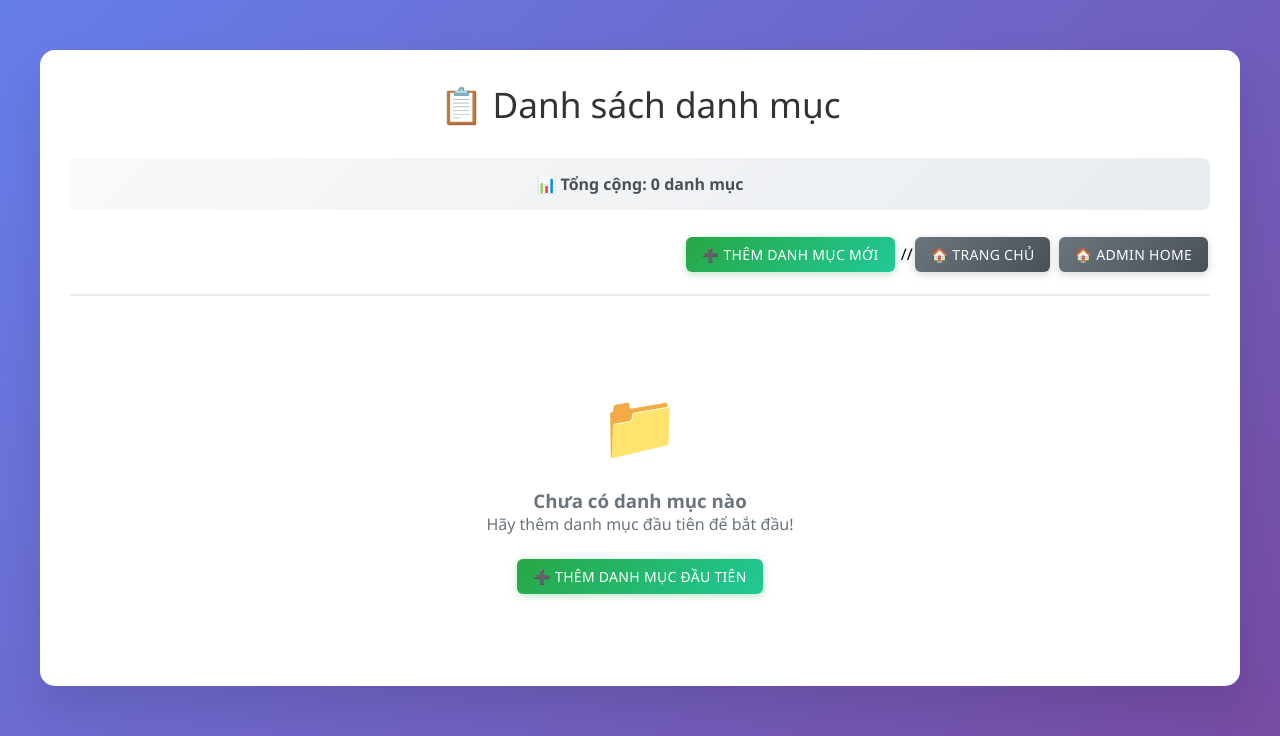
Repository: Ticasslo/23110327_HuynhNgocThang_LTWeb_BT
Page: http://localhost/23110327/views/admin/list-category.jsp
The author's editor kept a copy of each file at every save. The page is drawn from the files as they stood at one save, then again after the next save.
The browser window is 1280 px wide. The pictures show the whole page.
The page is served by Tomcat 10. Other server files are loaded and not shown. The template is opened directly, without the code that normally fills it, so the values that code supplies are empty.

Above is the page before, as saved 2025-08-30 06:34:51.

### 23110327/src/main/webapp/views/admin/list-category.jsp
<%@ page language="java" contentType="text/html; charset=UTF-8"
	pageEncoding="UTF-8"%>
<%@ taglib prefix="c" uri="jakarta.tags.core"%>
<!DOCTYPE html>
<html>
<head>
<meta charset="UTF-8">
<title>Danh sách danh mục</title>
<style>
* {
	margin: 0;
	padding: 0;
	box-sizing: border-box;
}

body {
	font-family: 'Segoe UI', Tahoma, Geneva, Verdana, sans-serif;
	background: linear-gradient(135deg, #667eea 0%, #764ba2 100%);
	min-height: 100vh;
	padding: 20px;
}

.container {
	max-width: 1200px;
	margin: 30px auto;
	background: white;
	padding: 30px;
	border-radius: 15px;
	box-shadow: 0 20px 40px rgba(0, 0, 0, 0.1);
	backdrop-filter: blur(10px);
}

h1 {
	color: #333;
	text-align: center;
	margin-bottom: 30px;
	font-size: 2.2em;
	font-weight: 300;
}

.header-actions {
	text-align: right;
	margin-bottom: 25px;
	padding-bottom: 20px;
	border-bottom: 2px solid #e9ecef;
}

.table-wrapper {
	overflow-x: auto;
	border-radius: 10px;
	box-shadow: 0 5px 15px rgba(0, 0, 0, 0.08);
}

table {
	border-collapse: collapse;
	width: 100%;
	background: white;
	border-radius: 10px;
	overflow: hidden;
}

thead {
	background: linear-gradient(135deg, #495057 0%, #343a40 100%);
}

th {
	padding: 18px 15px;
	text-align: left;
	color: white;
	font-weight: 600;
	text-transform: uppercase;
	letter-spacing: 0.5px;
	font-size: 14px;
}

th:first-child {
	text-align: center;
	width: 80px;
}

th:nth-child(2) {
	text-align: center;
	width: 120px;
}

th:last-child {
	text-align: center;
	width: 200px;
}

tbody tr {
	transition: all 0.3s ease;
	border-bottom: 1px solid #e9ecef;
}

tbody tr:hover {
	background-color: #f8f9fa;
	transform: scale(1.01);
	box-shadow: 0 2px 8px rgba(0, 0, 0, 0.1);
}

tbody tr:nth-child(even) {
	background-color: #f8f9fa;
}

tbody tr:nth-child(even):hover {
	background-color: #e9ecef;
}

td {
	padding: 15px;
	vertical-align: middle;
}

td:first-child {
	text-align: center;
	font-weight: bold;
	color: #6c757d;
}

td:nth-child(2) {
	text-align: center;
}

td:last-child {
	text-align: center;
}

.category-image {
	max-width: 250px;
	max-height: 250px;
	box-shadow: 0 2px 8px rgba(0, 0, 0, 0.1);
	transition: transform 0.3s ease;
}

.category-image:hover {
	transform: scale(1.2);
}

.no-image {
	width: 80px;
	height: 80px;
	background: linear-gradient(135deg, #e9ecef 0%, #dee2e6 100%);
	border-radius: 8px;
	display: flex;
	align-items: center;
	justify-content: center;
	color: #6c757d;
	font-size: 24px;
	margin: 0 auto;
}

.category-name {
	font-weight: 600;
	color: #495057;
	font-size: 16px;
}

.btn {
	padding: 8px 16px;
	margin: 2px;
	border: none;
	cursor: pointer;
	border-radius: 6px;
	font-size: 14px;
	font-weight: 500;
	text-decoration: none;
	display: inline-block;
	transition: all 0.3s ease;
	text-transform: uppercase;
	letter-spacing: 0.3px;
}

.btn-primary {
	background: linear-gradient(135deg, #007bff 0%, #0056b3 100%);
	color: white;
	box-shadow: 0 2px 8px rgba(0, 123, 255, 0.3);
}

.btn-primary:hover {
	background: linear-gradient(135deg, #0056b3 0%, #003d82 100%);
	transform: translateY(-1px);
	box-shadow: 0 4px 12px rgba(0, 123, 255, 0.4);
}

.btn-success {
	background: linear-gradient(135deg, #28a745 0%, #20c997 100%);
	color: white;
	box-shadow: 0 2px 8px rgba(40, 167, 69, 0.3);
}

.btn-success:hover {
	background: linear-gradient(135deg, #1e7e34 0%, #17a2b8 100%);
	transform: translateY(-1px);
	box-shadow: 0 4px 12px rgba(40, 167, 69, 0.4);
}

.btn-danger {
	background: linear-gradient(135deg, #dc3545 0%, #c82333 100%);
	color: white;
	box-shadow: 0 2px 8px rgba(220, 53, 69, 0.3);
}

.btn-danger:hover {
	background: linear-gradient(135deg, #c82333 0%, #bd2130 100%);
	transform: translateY(-1px);
	box-shadow: 0 4px 12px rgba(220, 53, 69, 0.4);
}

.btn-secondary {
	background: linear-gradient(135deg, #6c757d 0%, #495057 100%);
	color: white;
	box-shadow: 0 2px 8px rgba(108, 117, 125, 0.3);
}

.btn-secondary:hover {
	background: linear-gradient(135deg, #495057 0%, #343a40 100%);
	transform: translateY(-1px);
	box-shadow: 0 4px 12px rgba(108, 117, 125, 0.4);
}

.empty-state {
	text-align: center;
	padding: 60px 20px;
	color: #6c757d;
}

.empty-state img {
	width: 100px;
	height: 100px;
	opacity: 0.3;
	margin-bottom: 20px;
}

.stats-bar {
	background: linear-gradient(135deg, #f8f9fa 0%, #e9ecef 100%);
	padding: 15px;
	border-radius: 8px;
	margin-bottom: 25px;
	text-align: center;
}

.stats-bar span {
	font-weight: bold;
	color: #495057;
}

@media ( max-width : 768px) {
	.container {
		margin: 15px;
		padding: 20px;
	}
	h1 {
		font-size: 1.8em;
	}
	table {
		font-size: 14px;
	}
	.btn {
		padding: 6px 12px;
		font-size: 12px;
		margin: 1px;
	}
	.category-image, .no-image {
		max-width: 60px;
		max-height: 60px;
		width: 60px;
		height: 60px;
	}
}
</style>
</head>
<body>
	<div class="container">
		<h1>📋 Danh sách danh mục</h1>

		<div class="stats-bar">
			<span>📊 Tổng cộng: ${cateList != null ? cateList.size() : 0}
				danh mục</span>
		</div>

		<div class="header-actions">
			<a href="<c:url value='/admin/category/add'/>"
				class="btn btn-success">➕ Thêm danh mục mới</a>
				//<a href="<c:url value='/'/>" class="btn btn-secondary">🏠 Trang chủ</a>
				<a href="<c:url value='/admin/home'/>" class="btn btn-secondary">🏠 Admin Home</a>
		</div>

		<c:choose>
			<c:when test="${empty cateList}">
				<div class="empty-state">
					<div style="font-size: 4em; margin-bottom: 20px;">📁</div>
					<h3>Chưa có danh mục nào</h3>
					<p>Hãy thêm danh mục đầu tiên để bắt đầu!</p>
					<br> <a href="<c:url value='/admin/category/add'/>"
						class="btn btn-success">➕ Thêm danh mục đầu tiên</a>
				</div>
			</c:when>
			<c:otherwise>
				<div class="table-wrapper">
					<table>
						<thead>
							<tr>
								<th>🔢 STT</th>
								<th>🖼️ Hình ảnh</th>
								<th>📝 Tên danh mục</th>
								<th>⚙️ Hành động</th>
							</tr>
						</thead>
						<tbody>
							<c:forEach items="${cateList}" var="category" varStatus="STT">
								<tr>
									<td>${STT.index + 1}</td>
									<td><c:choose>
											<c:when
												test="${category.icon != null && category.icon != ''}">
												<c:url value="/image?fname=${category.icon}" var="imgUrl"></c:url>
												<img src="${imgUrl}" alt="Category Image"
													class="category-image" />
											</c:when>
											<c:otherwise>
												<div class="no-image">📷</div>
											</c:otherwise>
										</c:choose></td>
									<td>
										<div class="category-name">${category.name}</div>
									</td>
									<td><a
										href="<c:url value='/admin/category/edit?id=${category.id}'/>"
										class="btn btn-primary" title="Chỉnh sửa danh mục">✏️ Sửa</a>

										<a
										href="<c:url value='/admin/category/delete?id=${category.id}'/>"
										class="btn btn-danger" title="Xóa danh mục"
										onclick="return confirm('🗑️ Bạn có chắc chắn muốn xóa danh mục &quot;${category.name}&quot;?\n\nHành động này không thể hoàn tác!')">🗑️
											Xóa</a> <c:if test="${not empty category.icon}">
											<c:url var="dlUrl" value="/image">
												<c:param name="fname" value="${category.icon}" />
												<c:param name="download" value="1" />
											</c:url>
											<a href="${dlUrl}" class="btn btn-secondary" title="Tải ảnh">⬇️
												Tải ảnh</a>
										</c:if></td>

								</tr>
							</c:forEach>
						</tbody>
					</table>
				</div>
			</c:otherwise>
		</c:choose>
	</div>

	<script>
        // Smooth hover effects cho table rows
        document.querySelectorAll('tbody tr').forEach(row => {
            row.addEventListener('mouseenter', function() {
                this.style.transform = 'scale(1.01)';
            });
            row.addEventListener('mouseleave', function() {
                this.style.transform = 'scale(1)';
            });
        });
    </script>
</body>
</html>

After the next save:
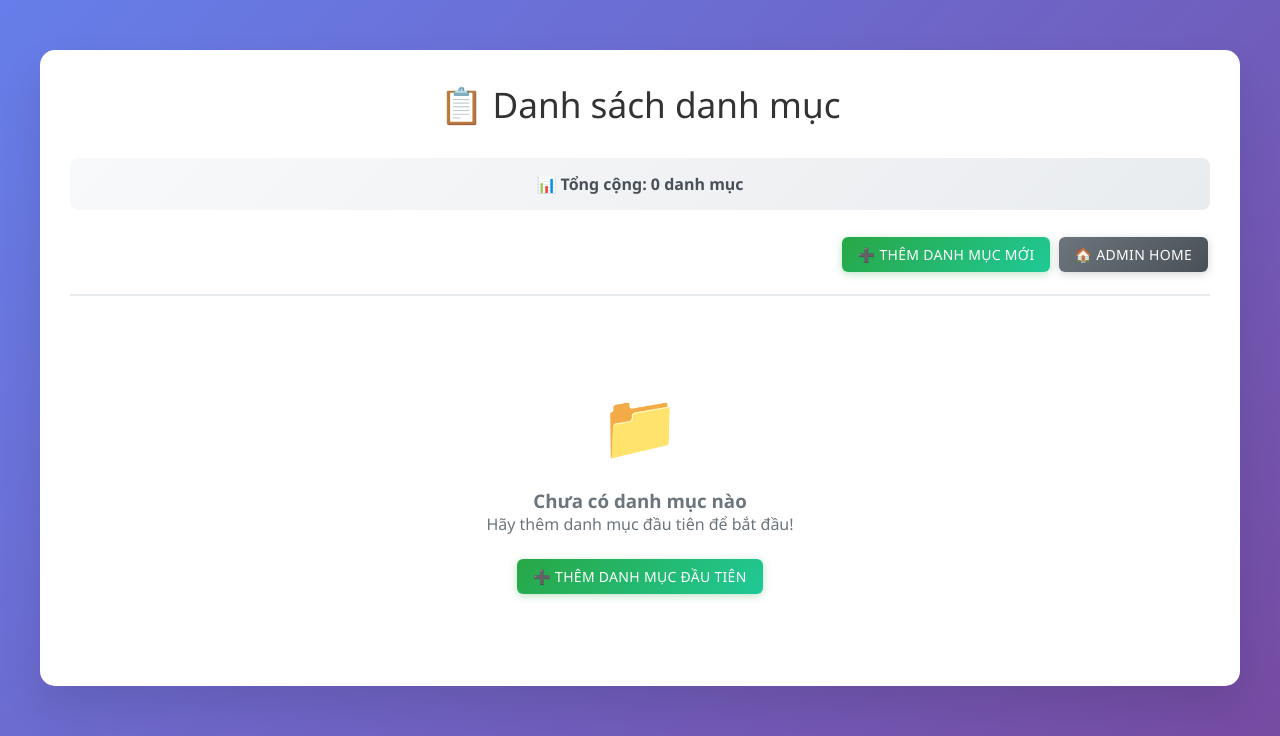
Saved 51 s later.
--- a/23110327/src/main/webapp/views/admin/list-category.jsp
+++ b/23110327/src/main/webapp/views/admin/list-category.jsp
@@ -282,7 +282,7 @@
 		<div class="header-actions">
 			<a href="<c:url value='/admin/category/add'/>"
 				class="btn btn-success">➕ Thêm danh mục mới</a>
-				//<a href="<c:url value='/'/>" class="btn btn-secondary">🏠 Trang chủ</a>
+				<!--<a href="<c:url value='/'/>" class="btn btn-secondary">🏠 Trang chủ</a>-->
 				<a href="<c:url value='/admin/home'/>" class="btn btn-secondary">🏠 Admin Home</a>
 		</div>
 
